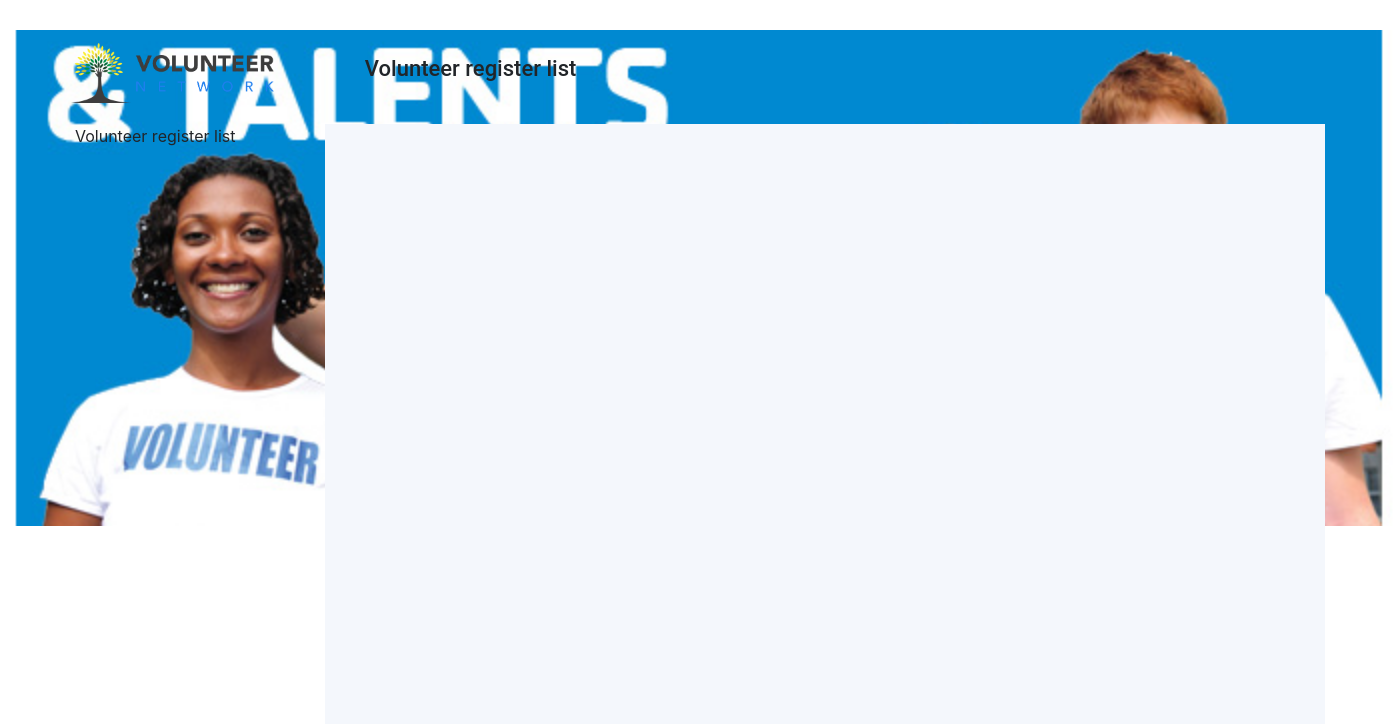
Repository: MdTahsinAmin/volunteer-network-client
Page: /adminPanel
These files come from the project's save history. The page is drawn as it stood at one moment and after the next save; the edit follows.
The browser window is 1280 px wide. The page is 1400 px wide, so the pictures cover 1400 px, including what lies to the right of the window. The pictures show the whole page.
The project was rebuilt for these pictures with package versions that can differ from the ones it lists, and the page was loaded fresh each time.

Above is the page before, as saved 2020-10-04 23:26:12.

### public/index.html
<!DOCTYPE html>
<html lang="en">
  <head>
    <meta charset="utf-8" />
    <link rel="icon" href="%PUBLIC_URL%/favicon.ico" />
    <meta name="viewport" content="width=device-width, initial-scale=1" />
    <meta name="theme-color" content="#000000" />
    <meta
      name="description"
      content="Web site created using create-react-app"
    />
    <link rel="apple-touch-icon" href="%PUBLIC_URL%/logo192.png" />
    <!--
      manifest.json provides metadata used when your web app is installed on a
      user's mobile device or desktop. See https://developers.google.com/web/fundamentals/web-app-manifest/
    -->
    <link rel="manifest" href="%PUBLIC_URL%/manifest.json" />
    <!--
      Notice the use of %PUBLIC_URL% in the tags above.
      It will be replaced with the URL of the `public` folder during the build.
      Only files inside the `public` folder can be referenced from the HTML.

      Unlike "/favicon.ico" or "favicon.ico", "%PUBLIC_URL%/favicon.ico" will
      work correctly both with client-side routing and a non-root public URL.
      Learn how to configure a non-root public URL by running `npm run build`.
    -->
    <title>Volunteer Network</title>
  </head>
  <body>
    <noscript>You need to enable JavaScript to run this app.</noscript>
    <div id="root"></div>
    <!--
      This HTML file is a template.
      If you open it directly in the browser, you will see an empty page.

      You can add webfonts, meta tags, or analytics to this file.
      The build step will place the bundled scripts into the <body> tag.

      To begin the development, run `npm start` or `yarn start`.
      To create a production bundle, use `npm run build` or `yarn build`.
    -->
  </body>
</html>

### src/App.js
import React from 'react';
import './App.css';
import Header from './components/Header/Header';
import {
  BrowserRouter as Router,
  Switch,
  Route,
  Link
} from "react-router-dom";
import AdminPanel from './components/AdminPanel/AdminPanel';
function App() {
  return (
    <div className="App">
     <Router>
      <Switch>
        <Route path ='/home'>
         <Header navbar={true}></Header>
        </Route>
        <Route path="/adminPanel">
           <div>
           <Header navbar={false}></Header>
           <AdminPanel/>
           </div>
        </Route>
        <Route exact path="/">
           <Header navbar={true}></Header>
        </Route>
      </Switch>
     </Router>
    </div>
  );
}

export default App;

### src/App.css
.App {
    background-image:url('./logos/Volunteer_Image.jpg');
    background-repeat: no-repeat;
    background-size: cover;
    background-position: center;
    width: 1400px;
    height: 496px;
    left: 1px;
    top: -1px;
}

.App-logo {
  height: 40vmin;
  pointer-events: none;
}

@media (prefers-reduced-motion: no-preference) {
  .App-logo {
    animation: App-logo-spin infinite 20s linear;
  }
}

.App-header {
  background-color: #282c34;
  min-height: 100vh;
  display: flex;
  flex-direction: column;
  align-items: center;
  justify-content: center;
  font-size: calc(10px + 2vmin);
  color: white;
}

.App-link {
  color: #61dafb;
}

@keyframes App-logo-spin {
  from {
    transform: rotate(0deg);
  }
  to {
    transform: rotate(360deg);
  }
}

### src/components/Header/Header.js
import React from 'react';
import { Link, useHistory } from 'react-router-dom';
import './Header.css'
import volunteerLogo from '../../logos/volunteer.png';
import { styled } from '@material-ui/core/styles';
import Button from '@material-ui/core/Button';

// Material Button

const MyButton = styled(Button)({
    background: 'linear-gradient(45deg, #3F90FC 30%, #3F90FC 90%)',
    border: 0,
    borderRadius: '6px',
    color: 'white',
    height: 48,
    padding: '14px 43px',
    marginRight:'15px',
    marginLeft:'9px',
    cursor:'pointer'
  });

  const AdminBtn = styled(Button)({
    background: 'linear-gradient(45deg, #434141 30%, #434141 90%)',
    border: 0,
    borderRadius: '6px',
    color: 'white',
    height: 48,
    padding: '14px 43px',
    marginRight:'15px',
    cursor:'pointer'
  })

const Header = (props) => {

    const history = useHistory();

    const handleAdminPanel = () =>{
         history.push('/adminPanel');
    }


    return (
      <div className="header">
          <div className={props.navbar ? "container" : 'adminPanel'}>
          <nav className="navbar navbar-expand-lg navbar-light">
            <Link to='/home' className="navbar-brand"><img className={props.navbar ?'volunteerLogo':'Logo'} src={volunteerLogo} alt=""/></Link>
            <button className="navbar-toggler" type="button" data-toggle="collapse" data-target="#navbarSupportedContent" aria-controls="navbarSupportedContent" aria-expanded="false" aria-label="Toggle navigation">
                <span className="navbar-toggler-icon"></span>
            </button>
            {
                !props.navbar && <h5 className="volunteer-list">Volunteer register list</h5>
            }
            {
                props.navbar &&  <div className="collapse navbar-collapse" id="navbarSupportedContent">
                <ul className="navbar-nav ml-auto">
                <li className="nav-item">
                    <Link className="nav-link item-nav">Home</Link>
                </li>
                <li className="nav-item">
                    <Link className="nav-link item-nav">Donation</Link>
                </li>
                <li className="nav-item">
                    <Link className="nav-link item-nav">Events</Link>
                </li>
                <li className="nav-item">
                    <Link className="nav-link item-nav">Blog</Link>
                </li>
                <li className="nav-item">
                    <MyButton>Register</MyButton>
                </li>
                <li className="nav-item">
                   <AdminBtn
                     onClick={handleAdminPanel}
                   >Admin
                   </AdminBtn>
                </li>
                </ul>
            </div>
            }
            </nav>
      </div>
   </div>
    );
};

export default Header;

### src/components/AdminPanel/AdminPanel.js
import React from 'react';
import './AdminPanel.css';
import GroupIcon from '@material-ui/icons/Group';
const AdminPanel = () => {
    return (
        <div className="adminPanel-section">
            <div className="section-panel">
                <p>Volunteer register list</p>
            </div>
            <div className='Volunteer-list'>

            </div>
        </div>
    );
};

export default AdminPanel;

### src/components/Header/Header.css
.volunteerLogo{
    width: 202.81px;
    height: 60px;
    left: 88px;
    top: 44px;
}
.header{
    margin-top: 30px;
}
.nav-link{
    font-family: Montserrat;
    font-style: normal;
    font-weight: 500;
    font-size: 20px;
    text-align: center;
    color: #0B0B0B;
}

### src/components/AdminPanel/AdminPanel.css
.adminPanel{
    margin-right:20px;
}
.Logo{
    width: 202.81px;
    height: 60px;
    left: 88px;
    top: 44px;
    margin-left:55px;
}
.volunteer-list{
    margin-left:75px;
    font-family: Roboto;
    font-style: normal;
    font-weight: 500;
    font-size: 22px;
}
.adminPanel-section{
    display:flex;
}
.section-panel{
    margin-top:8px;
    margin-left:75px;
}
.Volunteer-list{
    width:75%;
    margin-top:8px;
    margin-left:90px;
    width: 1000px;
    height: 600px;
    background: #F4F7FC;
}

Loaded but not shown: src/index.js (common file); src/index.css (common file); src/serviceWorker.js (common file)

After the next save:
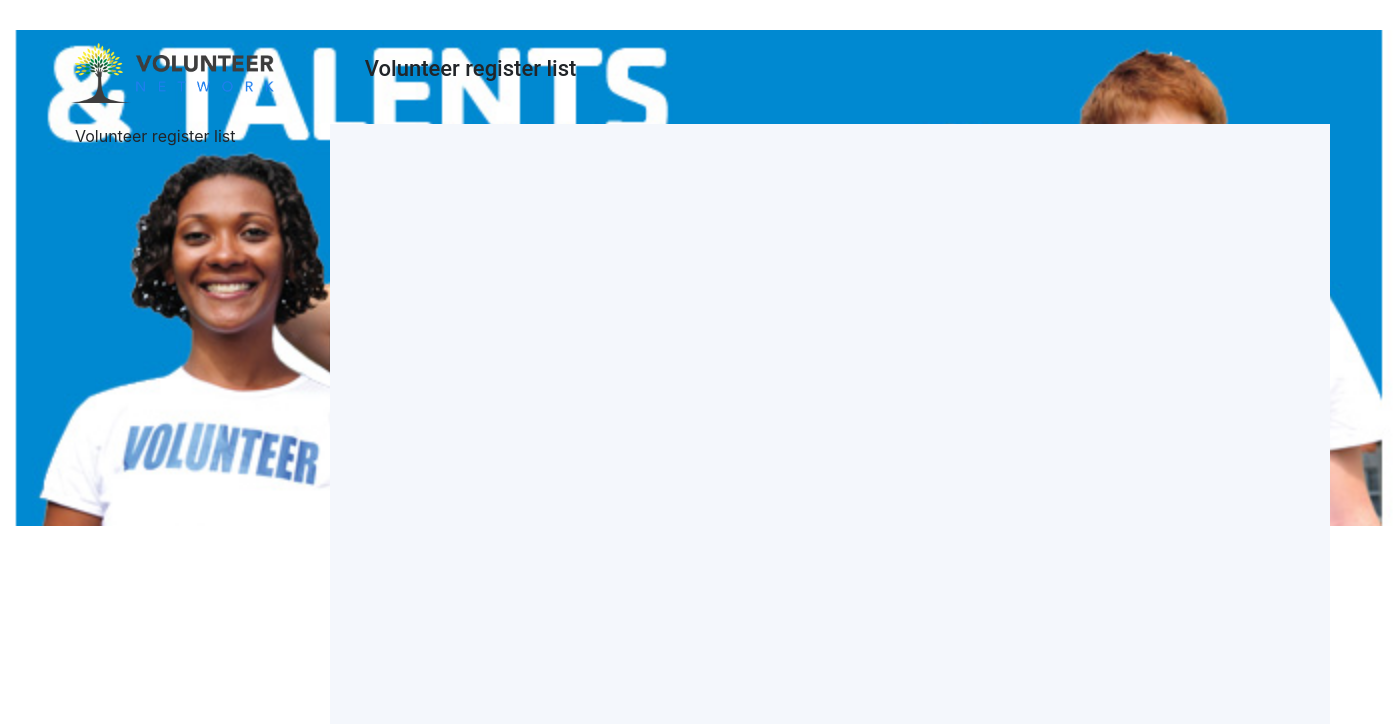
Saved 13 s later.
--- a/src/components/AdminPanel/AdminPanel.css
+++ b/src/components/AdminPanel/AdminPanel.css
@@ -25,7 +25,7 @@
 .Volunteer-list{
     width:75%;
     margin-top:8px;
-    margin-left:90px;
+    margin-left:95px;
     width: 1000px;
     height: 600px;
     background: #F4F7FC;
